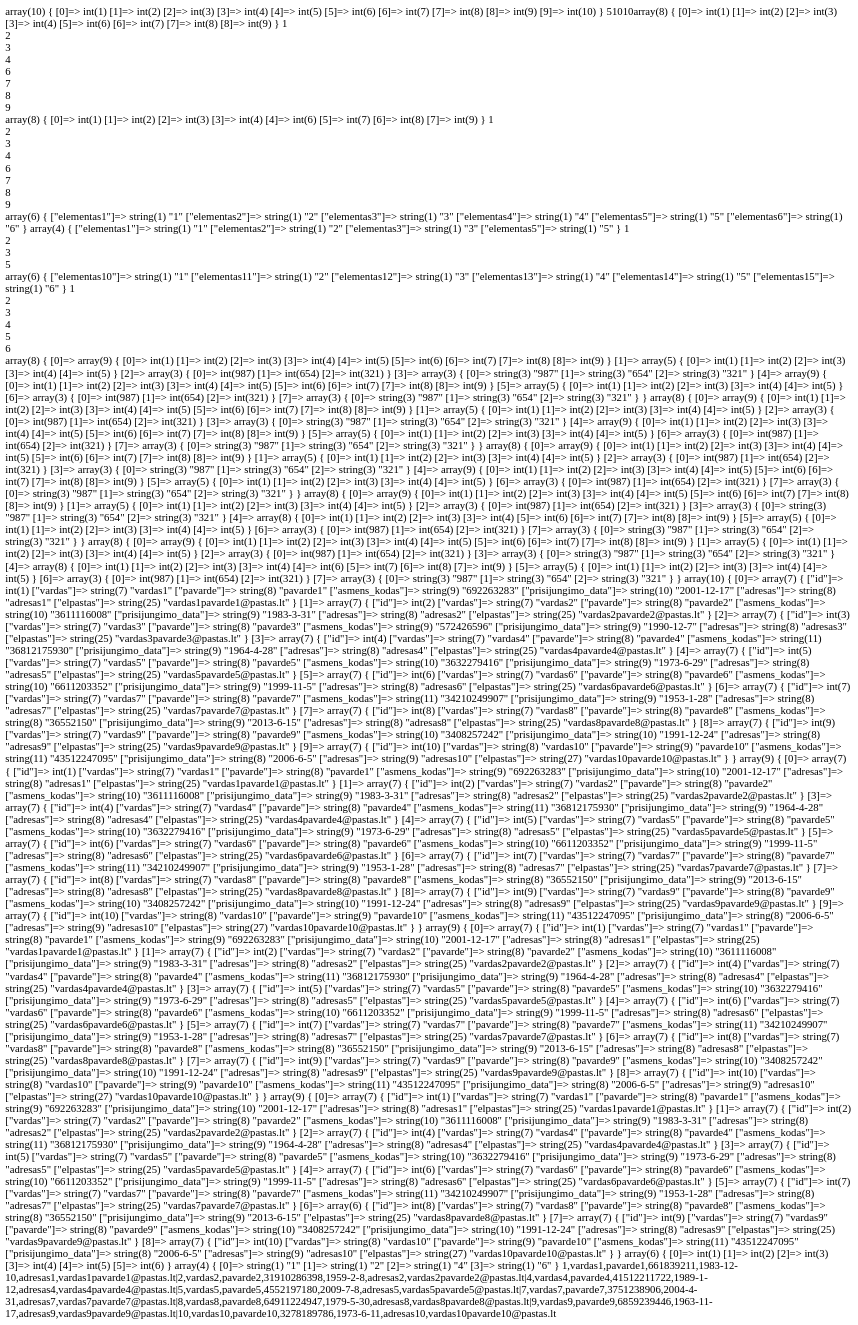
Repository: motiejus1/09-paskaita-PHP-05.31
Page: http://localhost/masyvoelementutrynimas.php
An editor plug-in stored every save of this project. The page is shown before and after a run of saves, followed by the edit.
The browser window is 1280 px wide. The pictures show the whole page, at 67% of full size.
The page is run by PHP 8.4 with error messages shown; the project is at /var/www/html/.

Above is the page before, as saved 2021-08-04 20:09:25.

After the next 2 saves:
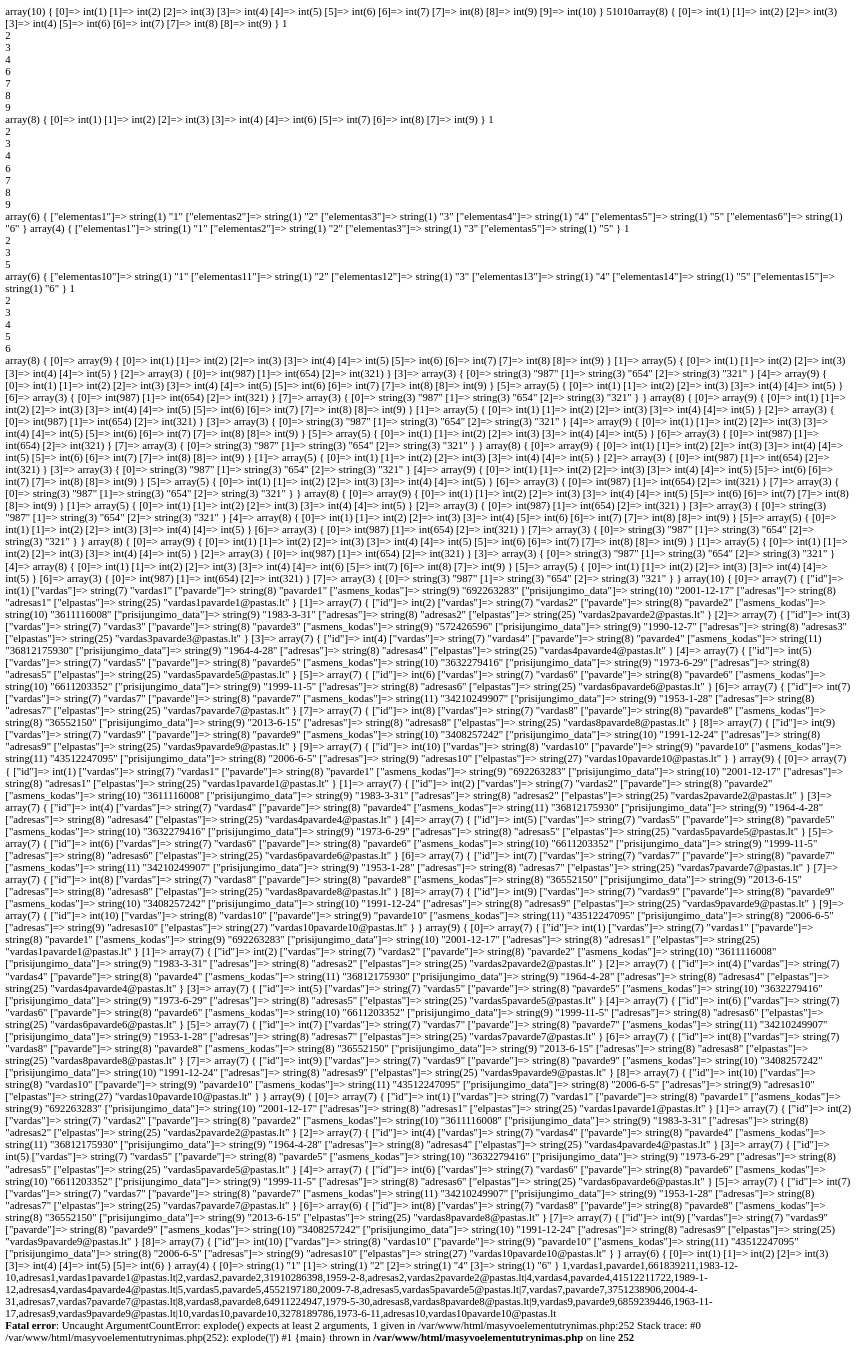
The 2 saves are shown as one change because they came seconds apart.
The last was saved 11 s later.
--- a/masyvoelementutrynimas.php
+++ b/masyvoelementutrynimas.php
@@ -249,6 +249,6 @@
 
 echo $klientu_tekstas;
 
-
+$klientai = explode("|")
 
 ?>

After the 2 saves that followed:
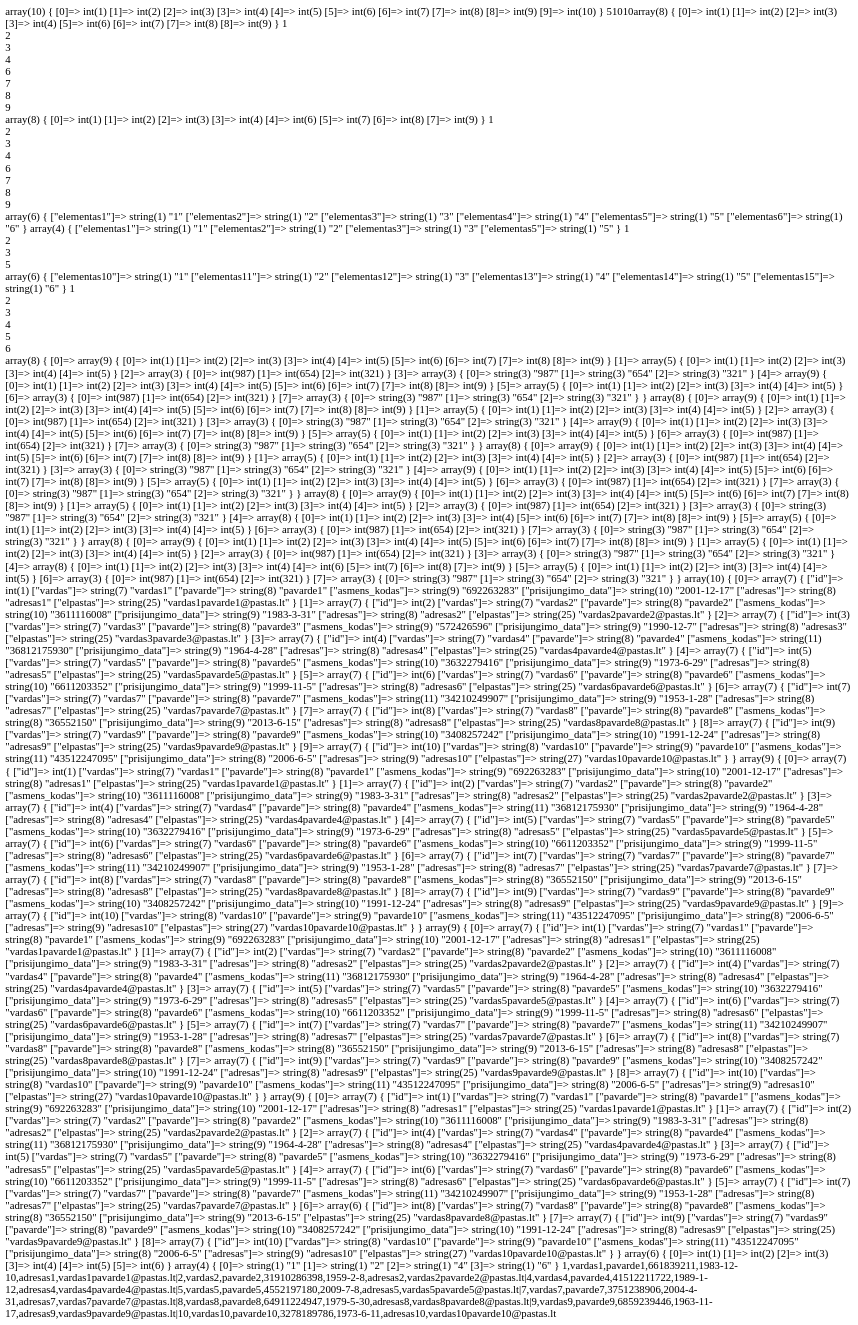
The 2 saves are shown as one change because they came seconds apart.
The last was saved 6 s later.
--- a/masyvoelementutrynimas.php
+++ b/masyvoelementutrynimas.php
@@ -249,6 +249,7 @@
 
 echo $klientu_tekstas;
 
-$klientai = explode("|")
+$klientai = explode("|", $klientu_tekstas);
+
 
 ?>
